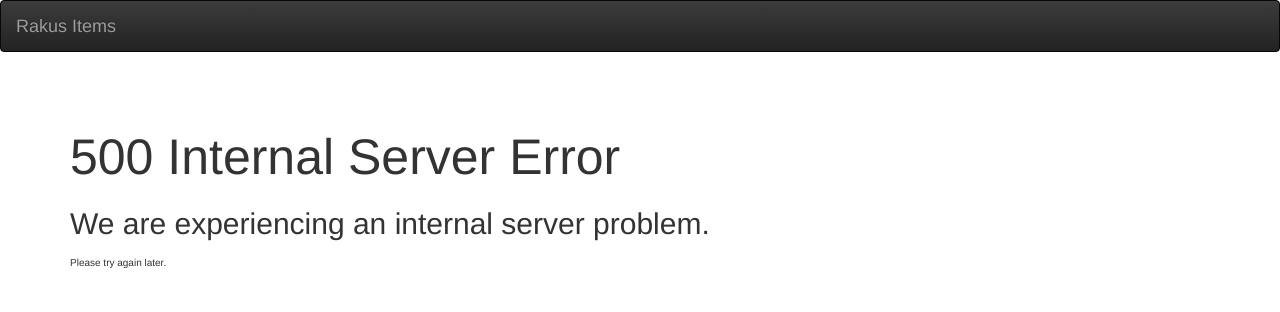
Repository: saia-i/massivedata-issue
Page: http://localhost/error/500
These files come from the project's save history. The page is drawn as it stood at one moment and after the next save; the edit follows.
The browser window is 1280 px wide. The pictures show the whole page.
The page is this project's Thymeleaf template; nobody is signed in. The template is opened directly, without the code that normally fills it, so the values that code supplies are empty.

Above is the page before, as saved 2023-01-02 13:23:49.

### mercari/src/main/resources/templates/error/500.html
<!DOCTYPE html>
<html lang="ja" xmlns:th="http://www.thymeleaf.org">

<head>
	<meta charset="UTF-8" />
	<meta name="viewport" content="width=device-width, initial-scale=1.0" />
	<!-- css -->
	<link href="https://maxcdn.bootstrapcdn.com/font-awesome/4.7.0/css/font-awesome.min.css" rel="stylesheet"
		integrity="sha384-wvfXpqpZZVQGK6TAh5PVlGOfQNHSoD2xbE+QkPxCAFlNEevoEH3Sl0sibVcOQVnN" crossorigin="anonymous" />
	<link rel="stylesheet" href="https://maxcdn.bootstrapcdn.com/bootstrap/3.3.7/css/bootstrap.min.css"
		integrity="sha384-BVYiiSIFeK1dGmJRAkycuHAHRg32OmUcww7on3RYdg4Va+PmSTsz/K68vbdEjh4u" crossorigin="anonymous" />
	<link rel="stylesheet" href="https://maxcdn.bootstrapcdn.com/bootstrap/3.3.7/css/bootstrap-theme.min.css"
		integrity="sha384-rHyoN1iRsVXV4nD0JutlnGaslCJuC7uwjduW9SVrLvRYooPp2bWYgmgJQIXwl/Sp" crossorigin="anonymous" />
	<link rel="stylesheet" th:href="@{/css/mercari.css}" />
	<!-- script -->
	<script src="https://ajax.googleapis.com/ajax/libs/jquery/1.12.4/jquery.min.js"></script>
	<script src="https://maxcdn.bootstrapcdn.com/bootstrap/3.3.7/js/bootstrap.min.js"
		integrity="sha384-Tc5IQib027qvyjSMfHjOMaLkfuWVxZxUPnCJA7l2mCWNIpG9mGCD8wGNIcPD7Txa"
		crossorigin="anonymous"></script>
	<title>Rakus Items</title>
</head>

<body>
	<!-- navbar -->
	<nav class="navbar navbar-inverse">
		<a class="navbar-brand" th:href="@{/}">Rakus Items</a>
	</nav>

	<!-- login form -->
	<div class="container">
			<div style="font-size: 50px; margin-top:50px;">500 Internal Server Error</div>
			<div style="font-size: 30px; margin-top:10px;">We are experiencing an internal server problem.</div>
			<div style="font-size: 10px; margin-top:10px;">Please try again later.</div>
	</div>
</body>

</html>

### mercari/src/main/resources/static/css/mercari.css
@charset "utf-8";
/* navbar */
span#loginName{
  margin-right: 1em;
}

/* list.html */
div#forms{
  margin: 2em 2em 1em;
}
div#main{
  padding: 0 4em 2em;
}
div.pages{
  margin: 0 4em 0;
}
div#select-page{
  text-align: right;
}
div#addItemButton{
  text-align: right;
}
table#item-table{
  margin-bottom: 0;
}

/* detail.html */
div#details{
  margin: 2em 0 2em;
}

/* edit.html add.html */
div#input-main{
  margin-bottom: 4em;
}

/* login.html */
div#login{
  width: 40em;
}

/* bootstrapのものを上書き */
.btn-default{
  background-image: none;
}

After the next save:
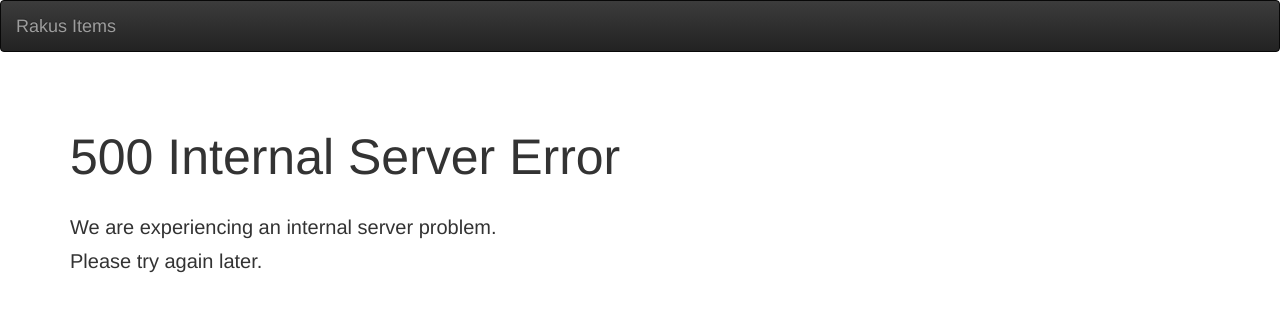
Saved 43 s later.
--- a/mercari/src/main/resources/templates/error/500.html
+++ b/mercari/src/main/resources/templates/error/500.html
@@ -29,8 +29,8 @@
 	<!-- login form -->
 	<div class="container">
 			<div style="font-size: 50px; margin-top:50px;">500 Internal Server Error</div>
-			<div style="font-size: 30px; margin-top:10px;">We are experiencing an internal server problem.</div>
-			<div style="font-size: 10px; margin-top:10px;">Please try again later.</div>
+			<div style="font-size: 20px; margin-top:20px;">We are experiencing an internal server problem.</div>
+			<div style="font-size: 20px; margin-top:5px;">Please try again later.</div>
 	</div>
 </body>
 
